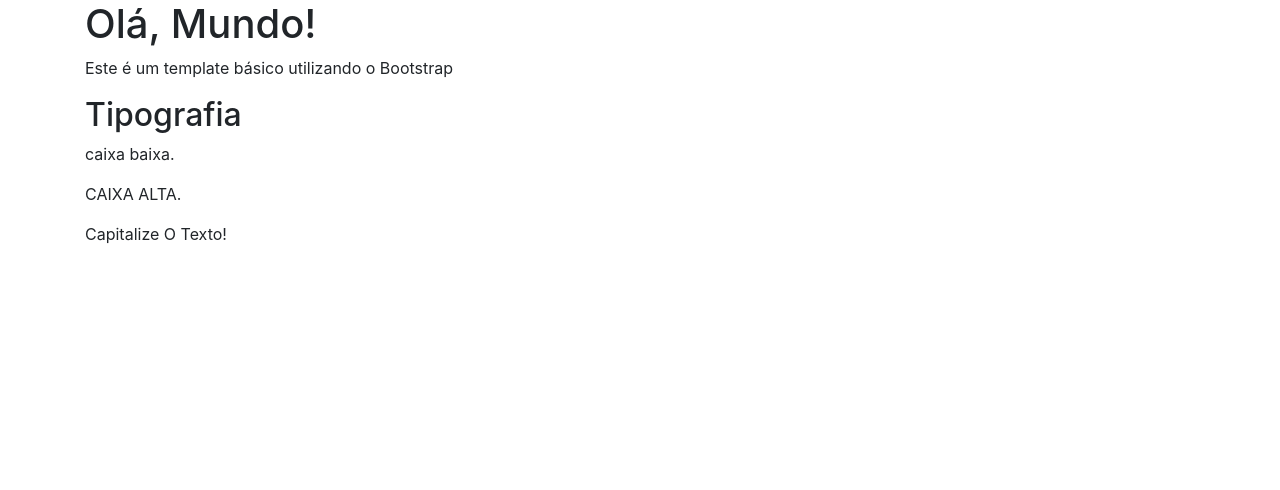
Repository: In-Game-full/Reprograme-se
Page: S-3/Aula-11(associação de CSS)/Praticas sugeridas/index.html
These files come from the project's save history. The page is drawn as it stood at one moment and after a run of saves; the edit follows.
The browser window is 1280 px wide. The pictures show the whole page.
Some web libraries are served in a nearby version.

Above is the page before, as saved 2023-08-02 09:23:55.
Console error (its wording comes from the project's code and is left out).

After the next 3 saves:
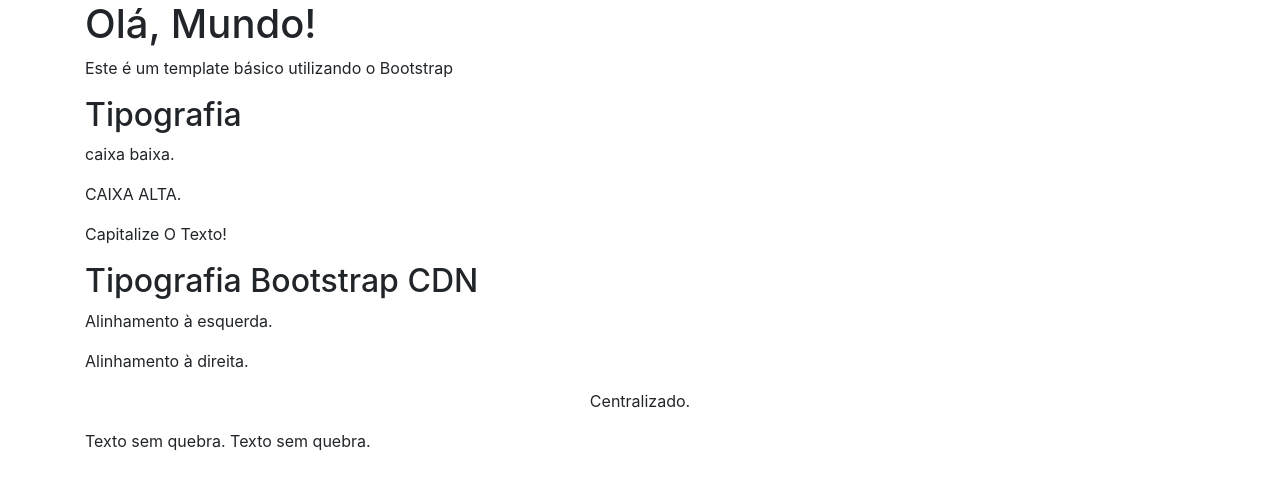
The 3 saves are shown as one change because they came seconds apart.
The last was saved 88 s later.
--- a/S-3/Aula-11(associação de CSS)/Praticas sugeridas/index.html
+++ b/S-3/Aula-11(associação de CSS)/Praticas sugeridas/index.html
@@ -37,6 +37,15 @@
         <p class="text-capitalize">Capitalize o texto!</p>
     </div>
 
+    <div class="container mt-3">
+        <h2>Tipografia Bootstrap CDN</h2>
+        <p class="text-start">Alinhamento à esquerda.</p>
+        <p class="text-end">Alinhamento à direita.</p>
+        <p class="text-center">Centralizado.</p>
+        <p class="text-nowrap">Texto sem quebra. Texto sem quebra. </p>
+    </div>
+    <!--  -->
+
     <script src="https://code.jquery.com/jquery-3.2.1.slim.min.js"></script>
 
     <script src="https://cdnjs.cloudflare.com/ajax/libs/popper.js/1.14.3/umd/popper.min.js"></script>
